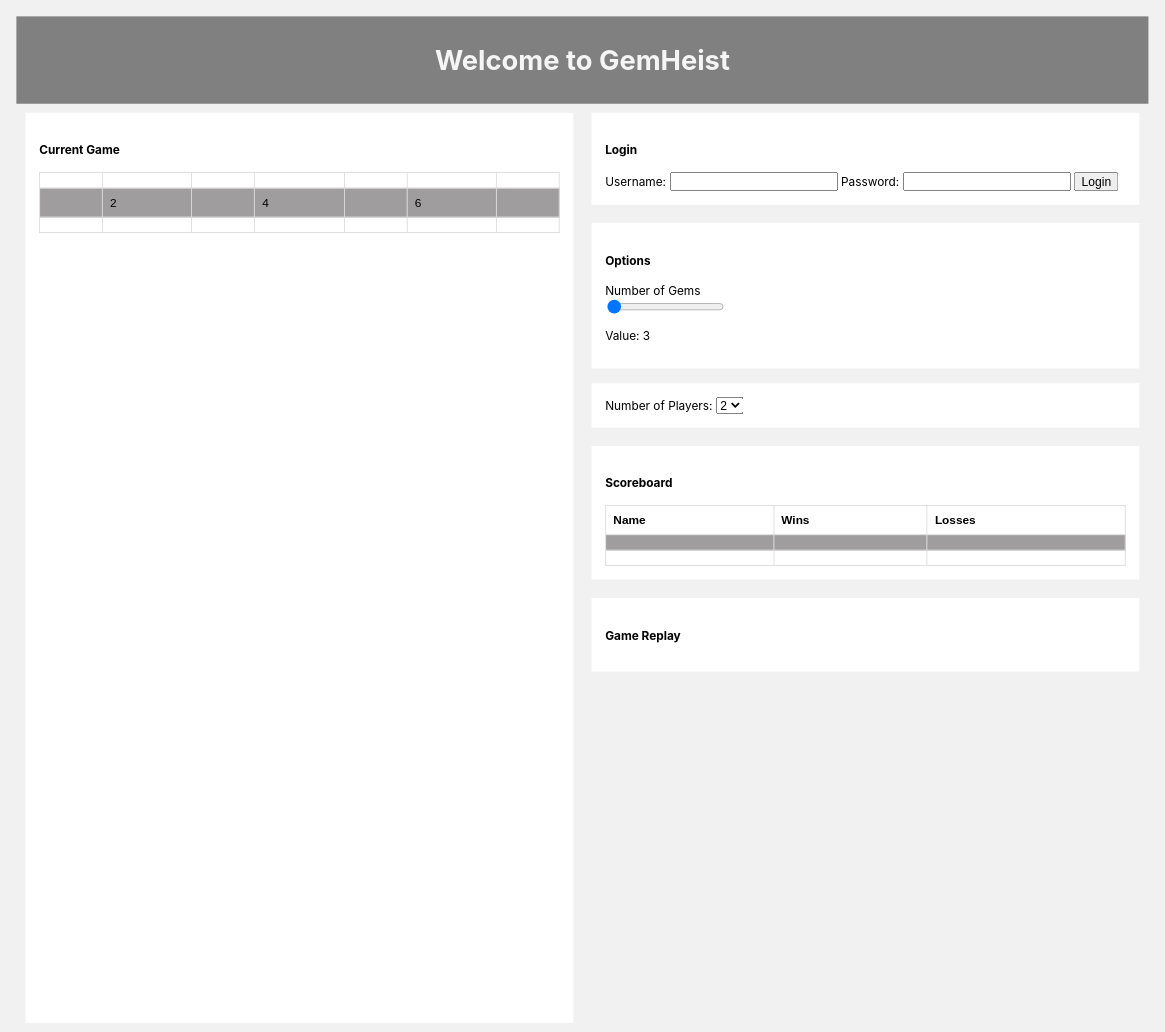
Repository: komalharjani/Gem-Heist
Page: board.html
These files come from the project's save history. The page is drawn as it stood at one moment and after the next save; the edit follows.
The browser window is 1280 px wide. The pictures show the whole page, at 91% of full size.

Above is the page before, as saved 2020-04-05 20:25:14.

### board.html
<!DOCTYPE html>
<html>

<head>
    <link rel="stylesheet" href="style.css">
</head>

<body>
    <!--Header-->
    <div class="header">
        <h2>Welcome to GemHeist</h2>
    </div>

    <!--Current Game-->
    <div class="centercolumn">
        <div class="card" style="height:1000px">
            <h4 id="gameTitle">Current Game</h4>
            <div class="yaks" id="game">
            </div>
        </div>
    </div>
    <!--Login -->
    <div class="centercolumn" id="scoreboard">
        <div class="card">
            <h4>Login</h4>
            <div class="yaks">
                <label for="fname">Username:</label>
                <input type="text" id="fname" name="fname">
                <label for="lname">Password:</label>
                <input type="text" id="lname" name="lname">
                <input type="submit" value="Login">
            </div>
        </div>
    </div><br>
    </div>

    <!--Options -->
    <div class="rightcolumn">
        <div class="card">
            <h4>Options</h4>
            <div class="yaks">
                <div class="slidecontainer">
                    <label for="myRange">Number of Gems</label></br>
                    <input type="range" min="3" max="20" value="3" class="slider" id="myRange">
                    <p>Value: <span id="demo"></span></p>
                </div>
            </div>
                <script>
                    var slider = document.getElementById("myRange");
                    var output = document.getElementById("demo");
                    output.innerHTML = slider.value;
                    document.getElementById("myRange").step = "3";
                    slider.oninput = function () {
                        output.innerHTML = this.value;
                    }
                </script>
            </div></br>
            <div class="card">
                <div class="yaks">
                    <label for="noPlayers">Number of Players:</label>
                    <select id="noPlayers">
                        <option value="2">2</option>
                        <option value="3">3</option>
                        <option value="4">4</option>
                        <option value="5">5</option>
                    </select>
                </div>
            </div>
    </div><br>
    </div>

    <!--Scoreboard - change to dynamic -->
    <div class="rightcolumn">
        <div class="card">
            <h4>Scoreboard</h4>
            <div class="yaks" id="scoreboard">
                <table>
                    <tr>
                        <th>Name</th>
                        <th>Wins</th>
                        <th>Losses</th>
                    </tr>
                    <tr>
                        <td> </td>
                        <td> </td>
                        <td> </td>
                    </tr>
                    <tr>
                        <td> </td>
                        <td> </td>
                        <td> </td>
                    </tr>
                </table>

            </div>
        </div>
    </div><br>
    </div>

    <!--Scoreboard -->
    <div class="rightcolumn">
        <div class="card">
            <h4>Game Replay</h4>
            <div class="yaks">
                <!--Content Here-->
            </div>
        </div>
    </div><br>
    </div>



    <!--JAVASCRIPT -->
    <script src="model_Board.js"></script>
</body>

</html>

### style.css
* {
    box-sizing: border-box;
  }

  /* Add a gray background color with some padding */
  body {
    font-family: -apple-system, BlinkMacSystemFont, 'Segoe UI', Roboto, Oxygen, Ubuntu, Cantarell, 'Open Sans', 'Helvetica Neue', sans-serif;
    padding: 10px;
    background: #f1f1f1;
    font-size: 13px;
  }
  table {
    font-family: arial, sans-serif;
    border-collapse: collapse;
    width: 100%;
  }

  td, th {
    border: 1px solid #dddddd;
    text-align: left;
    padding: 8px;
  }

  tr:nth-child(even) {
    background-color: #dddddd;
  }
  /* Header Title */
  .header {
    padding: 5px;
    font-size: 20px;
    text-align: center;
    background: grey;
    color: whitesmoke;
  }

  .login {
    width:300px;
    height:150px;
    position: fixed;
    top: 50%;
    left: 50%;
    margin-top: -125px;
    margin-left: -150px;
  }


  /* Alerts and Gems */

  .gem {
    background-color: white;
    justify-content: center;
  }

  .gem:hover {
    background-color: rgb(240, 240, 240);
  }

  .alarm {
    background-color: rgb(200, 0, 0);
  }

  .white {
    background-color: white;
  }

  .empty {
    background-color: white;
  }

  .alarm:hover {
    background-color: rgb(136, 0, 0);
  }

  /* Split Screen into Columns */

  .rightcolumn {
    float: right;
    width: 50%;
    padding: 10px;
  }

  .centercolumn {
    float: left;
    width: 50%;
    padding: 10px;
  }

  .box {
    background-color: whitesmoke;
    width: 100%;
    padding: 15px;
  }

  .voteFilter {
    background-color: black;
    width: 100%;
    padding: 15px;
  }

  .card {
     background-color: white;
     padding: 15px;
  }

  .row:after {
    content: "";
    display: table;
    clear: both;
  }

  /* Footer */
  .footer {
    padding: 20px;
    text-align: center;
    background: #ddd;
    margin-top: 20px;
  }

  /* Responsive layout - when the screen is less than 800px wide, make the two columns stack on top of each other instead of next to each other */
  @media screen and (max-width: 800px) {
    .leftcolumn, .rightcolumn {
      width: 100%;
      padding: 0;
    }
  }

  tr:nth-child(even) {
    background-color: #3b37377c;
  }

### model_Board.js
/**
 * Variables
 */
const width = 7;
var gemChar = '&#128142';
var noGems = document.getElementById("myRange").value;
height = (2 / 3 * noGems) + 1;

/**
 * Declare Arrays for Drawing Board...
 */
let currentState = new Array(height);
let count = 0;
for (let k = 0; k < currentState.length; k++) {
    currentState[k] = new Array(width);
}
console.log(currentState);

let arr = new Array(height);
for (let k = 0; k < arr.length; k++) {
    arr[k] = new Array(width);
}
/**
 * Function to Draw Board
 */
function drawBoard() {
    var table = document.createElement("table");
    for (var i = 0; i < height; i++) { //loop through height
        var row = document.createElement('tr'); //create rows for each height
        for (var j = 0; j < width; j++) { //loop through width
            var cell = document.createElement('td'); //create columns for each width
            if (j % 2 && i % 2) { //identify gem cells
                console.log(i,j);
                cell.innerHTML = i + j;
            //     cell.innerHTML = gemChar;
            //     cell.className = "gem";
            }
            // else if (j % 2 || i % 2) { //identify alarm cells
            //     cell.className = "alarm";
            // }
            row.appendChild(cell);
        }
        table.appendChild(row);
    }
    document.body.appendChild(table);
    //console.log(arr);
    //console.log(currentState);
    console.log(currentState[1][7]);

    //display in this div
    let divContainer = document.getElementById("game");
    divContainer.innerHTML = "";
    divContainer.appendChild(table);
}
drawBoard();

// function captureAlarm() {
//     if (currentState.className == "alarm") {
//         cell.addEventListener('click', function(event){
//             this.className = "white";
//             //replay.enqueue(this);
//     })
// }
// }


//Array for Players

//Queue replay

//for logic implmeentation
//seccond array? - to know which gems to check on
//gems array - to determine score and winner -- one for each player -- consider multiple players to determine winner
//how to pass html objects as a JSON ????

// drawTable = function(currentState) {
//         var table = document.createElement('table');
//         for (var i = 0; i < currentState.length; i++) {
//             var row = document.createElement('tr');
//             for (var j = 0; j < currentState[i].length; j++) {
//                 var cell = document.createElement('td');
//                 cell.textContent = currentState[i][j];
//                 row.appendChild(cell);
//             }
//             table.appendChild(row);
//         }
//         return table;
//     }
//     let divContainer = document.getElementById("game");
//     divContainer.innerHTML = "";
//     divContainer.appendChild(table);
//     drawTable();

After the next save:
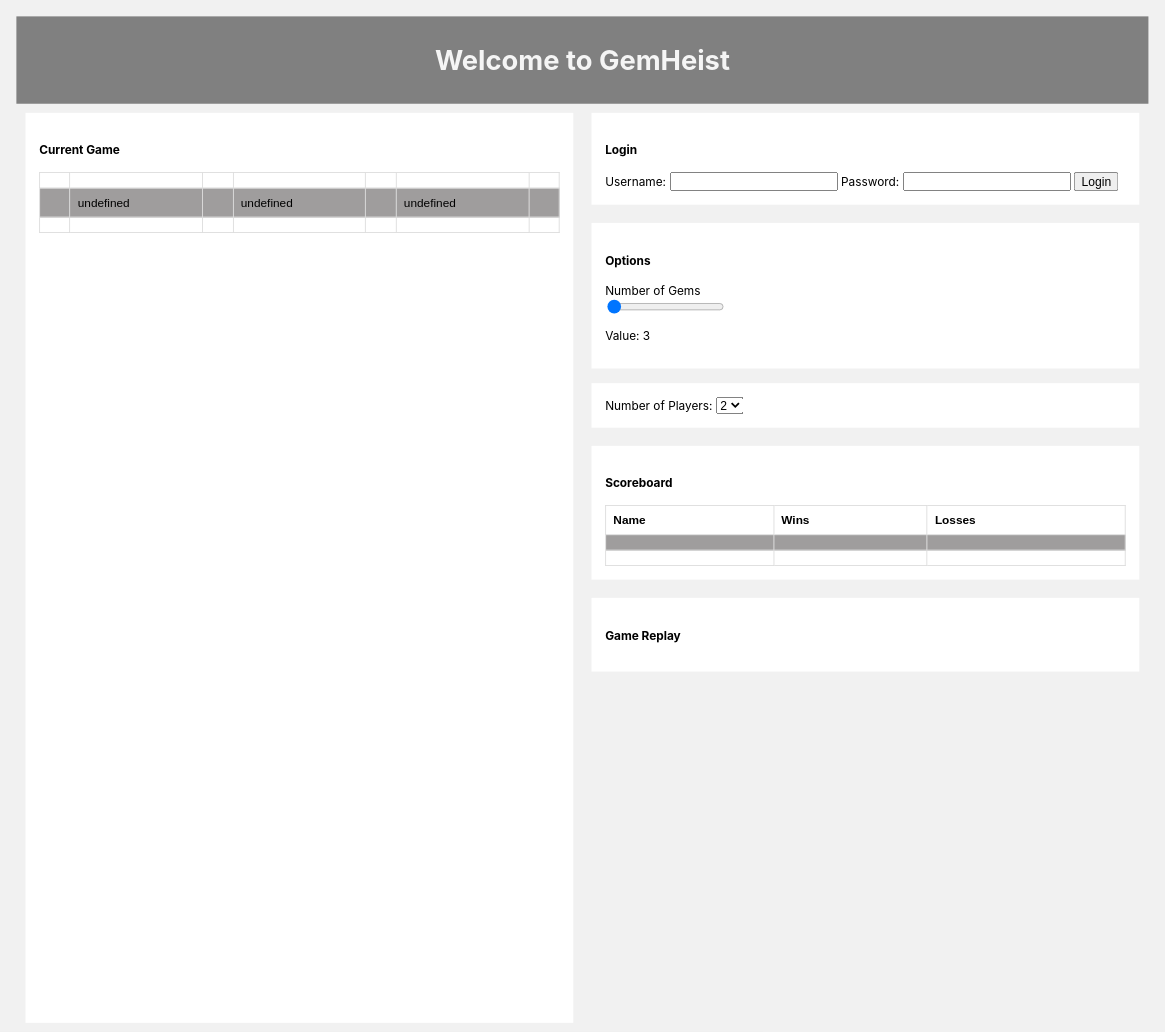
Saved 19 s later.
--- a/model_Board.js
+++ b/model_Board.js
@@ -31,7 +31,7 @@ function drawBoard() {
             var cell = document.createElement('td'); //create columns for each width
             if (j % 2 && i % 2) { //identify gem cells
                 console.log(i,j);
-                cell.innerHTML = i + j;
+                cell.innerHTML = i.value, j.value;
             //     cell.innerHTML = gemChar;
             //     cell.className = "gem";
             }
